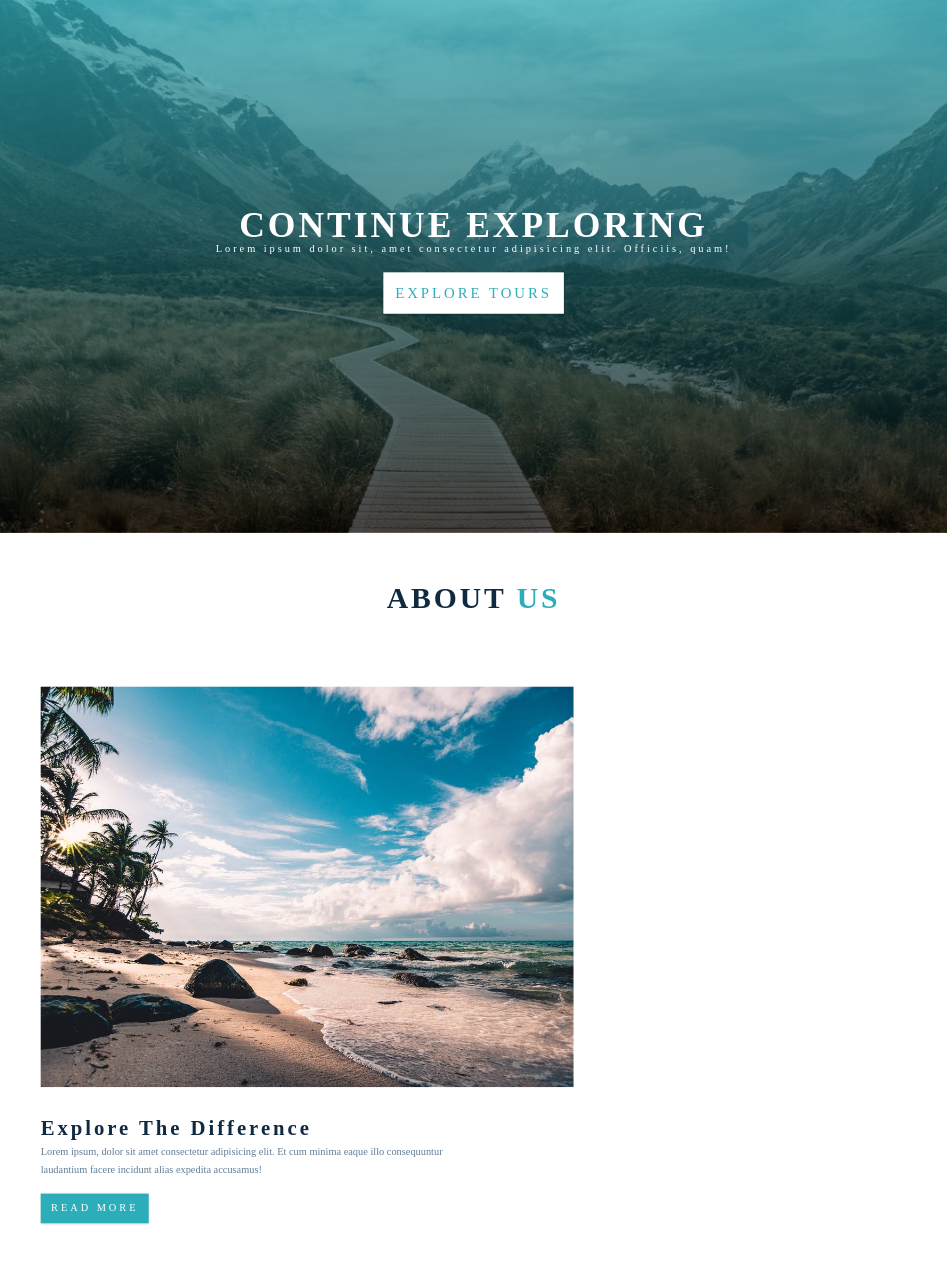
Repository: Ndifoinhilary/flexbox-project
Page: index.html
An editor plug-in stored every save of this project. The page is shown before and after a run of saves, followed by the edit.
The browser window is 1280 px wide. The pictures show the whole page, at 74% of full size.

Above is the page before, as saved 2024-01-20 03:43:10.

After the next 3 saves:
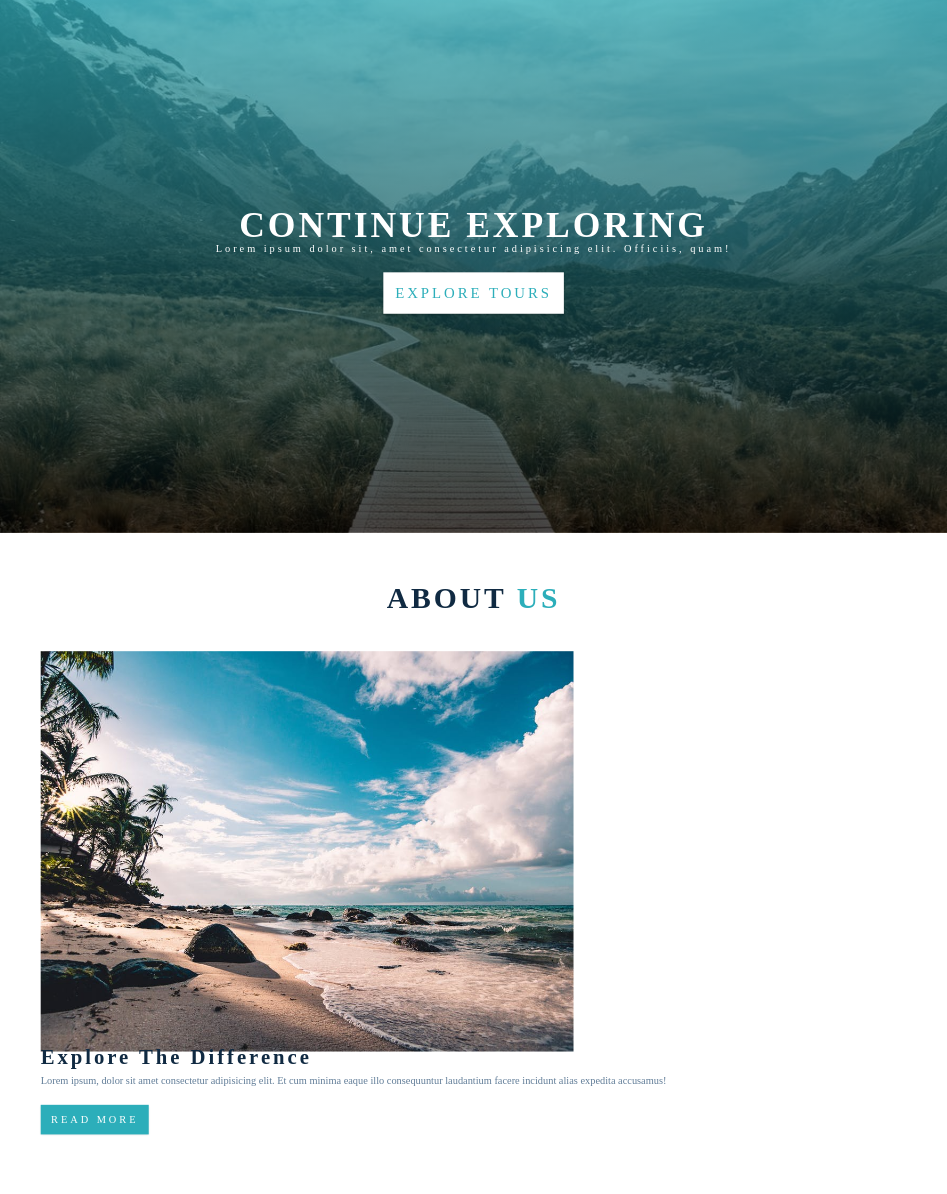
The 3 saves are shown as one change because they came seconds apart.
The last was saved 34 s later.
--- a/css/main.css
+++ b/css/main.css
@@ -232,9 +232,9 @@ p{
 
 @media screen and (min-width:992px) {
   .about-center{
-    display: flex;
+    /* display: flex;
     justify-content: space-between;
-   flex-wrap: wrap;
+   flex-wrap: wrap; */
   }
   .about-img, .about-info{
     flex: 0 0 calc(50% - 2rem);
